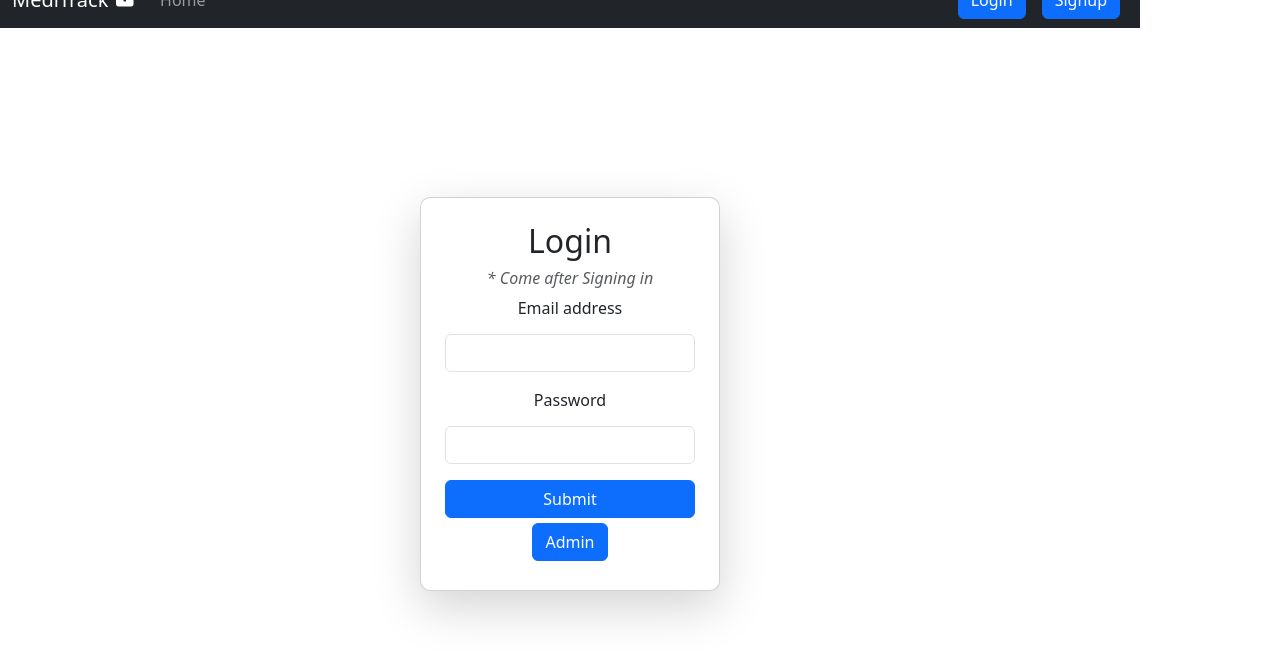
Repository: rahul-chakradhari/PillWise
Page: /login (app in frontend/)
The author's editor kept a copy of each file at every save. The page is drawn from the files as they stood at one save, then again after the next save.
The browser window is 1280 px wide. The pictures show the whole page.
The project was rebuilt for these pictures with package versions that can differ from the ones it lists, and the page was loaded fresh each time. Also part of the build but not shown: frontend/vite.config.js, frontend/src/components/Home.jsx, frontend/src/components/History.jsx, frontend/src/components/Remainder.jsx, frontend/src/components/Doctors.jsx, frontend/src/components/Healthy.jsx, frontend/src/components/Prescription.jsx, frontend/src/components/Signup.jsx and 1 more.

Above is the page before, as saved 2025-03-10 15:51:15.

After the next save:
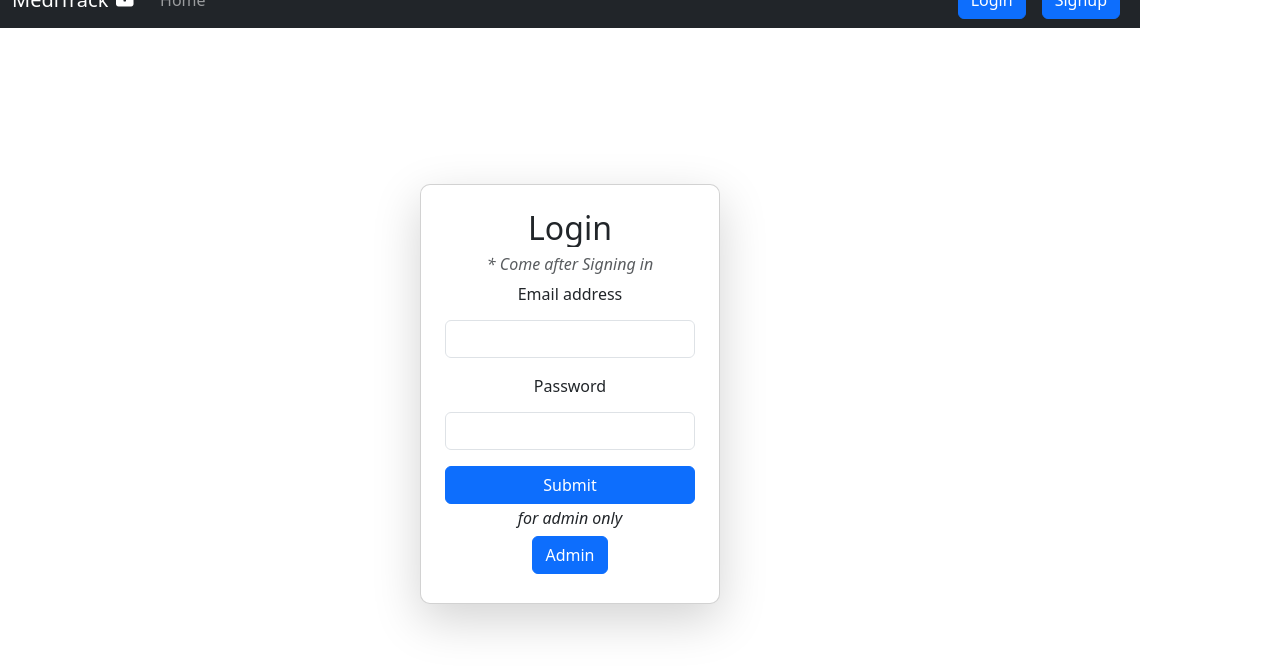
Saved 10 min 1 s later.
--- a/frontend/src/components/Login.jsx
+++ b/frontend/src/components/Login.jsx
@@ -68,6 +68,9 @@ const Login = () => {
           </button>
         </form>
         <div className="admin">
+          <h6>
+            <i>for admin only</i>
+          </h6>
           <Link className="btn btn-primary mx-2" to="/admin">
             Admin
           </Link>
